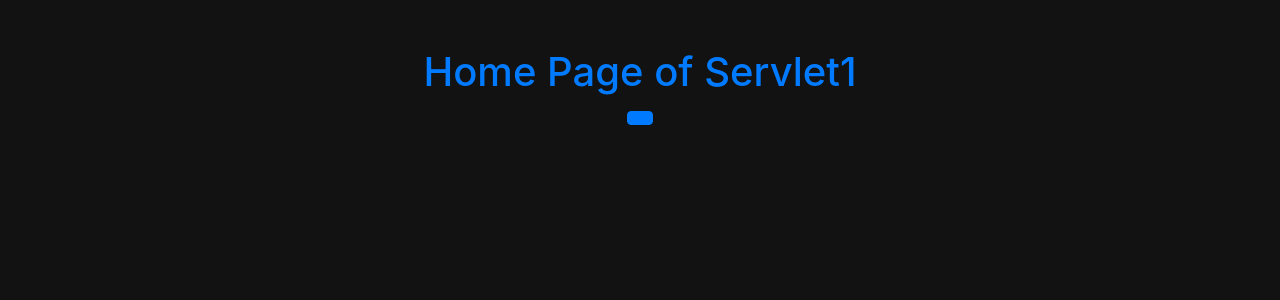
Repository: Gouravgilhare/Servlet
Page: http://localhost/SERVLET1/
The author's editor kept a copy of each file at every save. The page is drawn from the files as they stood at one save, then again after the next save.
The browser window is 1280 px wide. The pictures show the whole page.
The page is served by Tomcat 10. Other server files are loaded and not shown.

Above is the page before, as saved 2025-07-16 11:45:38.

### SERVLET1/src/main/webapp/index.jsp
<%@ page language="java" contentType="text/html; charset=UTF-8"
    pageEncoding="UTF-8"%>
<!DOCTYPE html>
<html>
<head>
<meta charset="UTF-8">
<title>Home Page</title>
<link rel="stylesheet" href="https://maxcdn.bootstrapcdn.com/bootstrap/4.5.2/css/bootstrap.min.css"/>
<link rel="stylesheet" href="<%= application.getContextPath() %>/css/style.css"/>

</head>
<body>
<div class="container-fluid mt-5">
    <div class="row">
        <div class="col text-center">
            <h1 class="text-primary">Home Page of Servlet1</h1>

            <form action="<%= application.getContextPath() %>/third" method="POST">
            	<intput type="submit" class = "btn  btn-primary" value="SUBMIT" placeholder ="SUBMIT">
            </form>
        </div>
    </div>
</div>

</body>
</html>

### SERVLET1/src/main/webapp/css/style.css
@charset "UTF-8";

*{
	color : #ffffff;
	background-color: #121212;
}


.menu-container ul{
		list-style-type : none;
}
.menu-container ul a{
	display : block;
	margin: 5px 10px;
}

After the next save:
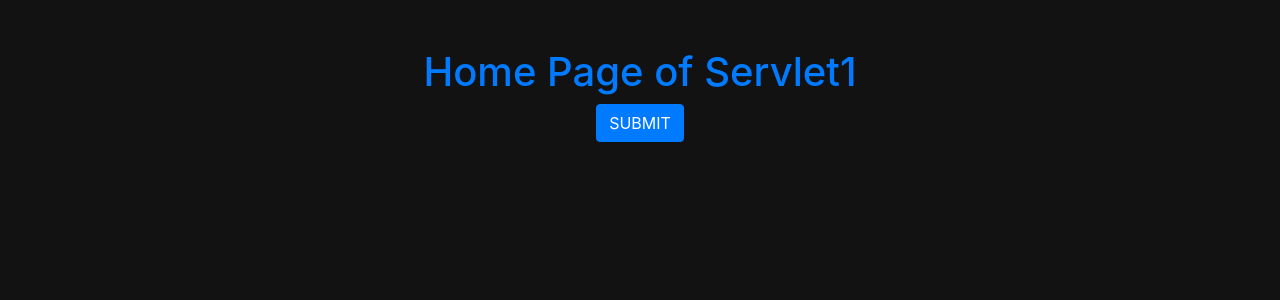
Saved 16 s later.
--- a/SERVLET1/src/main/webapp/index.jsp
+++ b/SERVLET1/src/main/webapp/index.jsp
@@ -16,7 +16,7 @@
             <h1 class="text-primary">Home Page of Servlet1</h1>
 
             <form action="<%= application.getContextPath() %>/third" method="POST">
-            	<intput type="submit" class = "btn  btn-primary" value="SUBMIT" placeholder ="SUBMIT">
+            	<input type="submit" class = "btn  btn-primary" value="SUBMIT" placeholder ="SUBMIT">
             </form>
         </div>
     </div>
